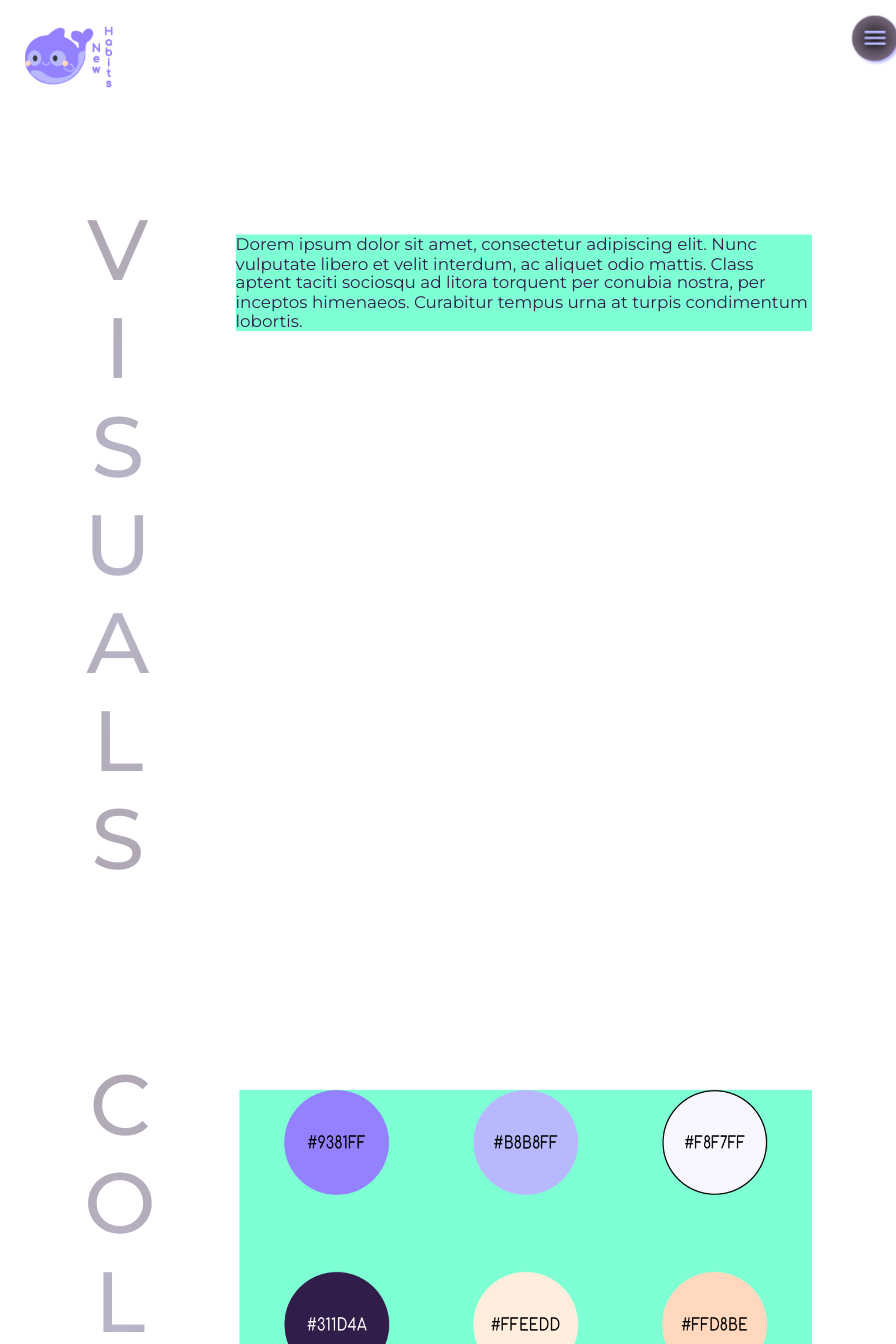
Repository: sierralaurent/Styleguide-Big_Project
Page: visuals.html
These files come from the project's save history. The page is drawn as it stood at one moment and after the next save; the edit follows.
The browser window is 1280 px wide. The pictures show the part of the page from y = 0 to 1920 px (the page is 3609 px tall before and 3697 px after), at 70% of full size.
Some web fonts or font styles are not loaded; a fallback is used.

Above is the page before, as saved 2023-03-11 11:50:20.

### visuals.html
<!DOCTYPE html>
<html lang="en">
  <head>
    <title>New Habits Web-App | Visuals </title>
    <meta property="og:title" content="Welcome to the New Habits Web-App Home Page" />
    <meta name="viewport" content="width=device-width, initial-scale=1.0" />
    <meta charset="utf-8" />
    <link rel="icon" type="image/x-icon" href="/assets/favicon.ico">

    <link
      rel="stylesheet"
      href="https://fonts.googleapis.com/css2?family=Montserrat:ital,wght@0,100;0,200;0,300;0,400;0,500;0,600;0,700;0,800;0,900;1,100;1,200;1,300;1,400;1,500;1,600;1,700;1,800;1,900&amp;display=swap"
      data-tag="font"
    />
    <link rel="stylesheet" href="./style.css" />
    <link href="./visuals.css" rel="stylesheet" />
    <link href="./navstyle.css" rel="stylesheet" />

  </head>
  <header>
    <div class="logo">
      <a href="index.html">
        <img src="assets/logo.png" alt="logo" />
      </a>
    </div>
    <div class="navigation">
      <button class="hamburger" onclick="show()">
        <img src="assets/burger.png" />
      </button>
      <nav>
        <h1 class="menutitle">Menu</h1>
        <ul>
          <li><a href="home.html">Home</a></li>
          <li><a>Logo</a></li>
          <li><a>Colours & Typo</a></li>
          <li><a href="visuals.html">Visuals</a></li>
        </ul>
      </nav>
    </div>
    <script src="nav.js"></script>
  </header>
  <body>
    <div>
      <div class="home-container">
        <div class="home-container3">
          <p class="home-text03 sidetitle">
            <span>V</span>
            <br />
            <span>I</span>
            <br />
            <span>S</span>
            <br />
            <span>U</span>
            <br />
            <span>A</span>
            <br />
            <span>L</span>
            <br />
            <span>S</span>
            <br />
          </p>
          <p class="home-text17 body">
            Dorem ipsum dolor sit amet, consectetur adipiscing elit. Nunc
            vulputate libero et velit interdum, ac aliquet odio mattis. Class
            aptent taciti sociosqu ad litora torquent per conubia nostra, per
            inceptos himenaeos. Curabitur tempus urna at turpis condimentum
            lobortis.
          </p>
          </div>
        <div class="home-container3">
          <p class="home-text03 sidetitle">
            <span>C</span>
            <br />
            <span>O</span>
            <br />
            <span>L</span>
            <br />
            <span>O</span>
            <br />
            <span>U</span>
            <br />
            <span>R</span>
            <br />
          </p>
          <div class="home-text17 body">
            <div>
              <img src="assets/colours/Main Purple.png" alt="mainpurple" width="150px" height="150px">
              <br />
                <br />
                <br />
                <br />
              <img src="assets/colours/Dark Purple.png" alt="darkpurple" width="150px" height="150px">
            </div>
            <div>
              <img src="assets/colours/Light Purple.png" alt="lightpurple" width="150px" height="150px">
              <br />
                <br />
                <br />
                <br />
              <img src="assets/colours/Light Peach.png" alt="lightpeach" width="150px" height="150px">
            </div>
            <div>
              <img src="assets/colours/Creme.png" alt="Creme" width="150px" height="150px">
              <br />
                <br />
                <br />
                <br />
              <img src="assets/colours/Peach.png" alt="peach" width="150px" height="150px">
            </div>
            </div>
          </div>
        </div>
        <div class="home-container3">
            <p class="home-text03 sidetitle">
              <span>I</span>
              <br />
              <span>C</span>
              <br />
              <span>O</span>
              <br />
              <span>N</span>
              <br />
              <span>S</span>
              <br />
            </p>
            <div class="home-text17 body">
              <div>
                <img src="assets/Icons/Happi.png" alt="happiwhale" width="250px" height="200px">
                <br />
                <br />
                <br />
                <br />
                <img src="assets/Icons/Flower.png" alt="flower" width="100px" height="150px">
                <br />
                <br />
                <br />
                <br />
                <img src="assets/Icons/Button.png" alt="button1" width="150px" height="50px">
              </div>
              <div>
                <img src="assets/Icons/sad.png" alt="sadwhale" width="250px" height="200px">
                <br />
                <br />
                <br />
                <br />
                <img src="assets/Icons/purple flower.png" alt="purpleflower" width="100px" height="150px">
                <br />
                <br />
                <br />
                <br />
                <img src="assets/Icons/Button (1).png" alt="button2" width="150px" height="50px">
              </div>
              <div>
                <img src="assets/Icons/Flower whale.png" alt="flowerwhale" width="250px" height="200px">
                <br />
                <br />
                <br />
                <br />
              </div>
            </div>
          </div>
        <footer class="home-footer">
          <p class="home-text24">
            © 2023 New Habits, All Rights Reserved.
          </p>
        </footer>
      </div>
    </div>
  </body>
</html>

### style.css
:root {
  --dl-black: #212121ff;
  --dl-creme: #f9f9ffff;
  --dl-white: #f8f9f9ff;
  --dark-purple: #311D4A;

}

.body {
  font-size: 24px;
  font-family: Montserrat;
  font-weight: 400;
  line-height: 1.15;
  text-transform: none;
  text-decoration: none;
}
.sidetitle {
  font-size: 122px;
  font-family: Montserrat;
  font-weight: 500;
  line-height: 1.15;
  text-transform: none;
  text-decoration: none;
}
.Title {
  font-size: 96px;
  font-family: Montserrat;
  font-weight: 500;
  line-height: 1.15;
  text-transform: none;
  text-decoration: none;
}

html {
  line-height: 1.15;
}
body {
  margin: 0;
}
* {
  box-sizing: border-box;
  border-width: 0;
  border-style: solid;
}
p,
li,
ul,
pre,
div,
h1,
h2,
figure,
blockquote,
figcaption {
  margin: 0;
  padding: 0;
}

a {
  color: inherit;
  text-decoration: inherit;
}
input {
  padding: 2px 4px;
}
img {
  display: block;
}
html {
  scroll-behavior: smooth;
}

### visuals.css
/* Define the scrollbar style */
::-webkit-scrollbar {
    width: 10px;
  }

  ::-webkit-scrollbar-thumb {
    background-image: linear-gradient(180deg, var(--light-purple) 0%, var(--main-purple) 99%);
    box-shadow: inset 2px 2px 5px 0 var(--creme);
    border-radius: 100px;
  }

  html {
    font-family: Montserrat;
    font-size: 24px;
    scroll-behavior: smooth;
  }

  body {
    font-weight: 400;
    font-style: normal;
    text-decoration: none;
    text-transform: none;
    letter-spacing: normal;
    line-height: 1.15;
    color: var(--black);
    background-color: var(--creme);
  }

  .home-container {
    width: 100%;
    display: flex;
    overflow: auto;
    min-height: 100vh;
    align-items: center;
    flex-direction: column;
  }
  .home-container1 {
    flex: 0 0 auto;
    width: auto;
    height: auto;
    display: flex;
    align-items: flex-start;
    justify-content: center;
  }
  .home-container2 {
    flex: 0 0 auto;
    width: auto;
    display: flex;
    align-self: center;
    margin-top: 5rem;
    align-items: center;
    margin-bottom: 15rem;
    flex-direction: column;
    justify-content: center;
  }
  .home-text {
    font-size: 36px;
    text-align: center;
    font-family: Montserrat;
    background: linear-gradient(0deg, rgba(0, 0, 0, 0.2), rgba(0, 0, 0, 0.2)),
      radial-gradient(
        50% 50% at 50% 50%,
        rgba(147, 129, 255, 0.2) 0%,
        rgba(79, 26, 98, 0.2) 94.12%
      );
    -webkit-background-clip: text;
    -webkit-text-fill-color: transparent;
    background-clip: text;
    text-fill-color: transparent;
  }
  .home-text01 {
    margin-top: 1rem;
    text-align: center;
    margin-bottom: 1rem;
    background: linear-gradient(0deg, rgba(0, 0, 0, 0.2), rgba(0, 0, 0, 0.2)),
      radial-gradient(
        50% 50% at 50% 50%,
        rgba(147, 129, 255, 0.2) 0%,
        rgba(79, 26, 98, 0.2) 94.12%
      );
    -webkit-background-clip: text;
    -webkit-text-fill-color: transparent;
    background-clip: text;
    text-fill-color: transparent;
  }
  .home-text02 {
    width: 31rem;
    text-align: center;
    color: var(--dark-purple);
  }
  .home-container3 {
    flex: 0 0 auto;
    width: 100%;
    height: auto;
    display: flex;
    align-items: flex-start;
    justify-content: center;
  }
  .home-text03 {
    width: 25rem;
    text-align: center;
    background: linear-gradient(0deg, rgba(0, 0, 0, 0.2), rgba(0, 0, 0, 0.2)),
      radial-gradient(
        50% 50% at 50% 50%,
        rgba(147, 129, 255, 0.2) 0%,
        rgba(79, 26, 98, 0.2) 94.12%
      );
    -webkit-background-clip: text;
    -webkit-text-fill-color: transparent;
    background-clip: text;
    text-fill-color: transparent;
  }
  .home-text17 {
    width: auto;
    margin-top: 5rem;
    text-align: left;

    display: flex;
    justify-content: center;
    flex-direction: row;
    gap: 5rem;
    row-gap: 5rem;
    color: var(--dark-purple);
    background-color: aquamarine;
  }
  .home-container4 {
    flex: 0 0 auto;
    width: auto;
    height: auto;
    display: flex;
    align-items: flex-start;
    justify-content: center;
  }

  .home-container5 {
    flex: 0 0 auto;
    display: flex;
    align-items: flex-start;
    flex-direction: column;
  }
  .home-text18 {
    width: auto;
    margin-top: 15rem;
    text-align: center;
    margin-bottom: 5rem;
    background: linear-gradient(0deg, rgba(0, 0, 0, 0.2), rgba(0, 0, 0, 0.2)),
      radial-gradient(
        50% 50% at 50% 50%,
        rgba(147, 129, 255, 0.2) 0%,
        rgba(79, 26, 98, 0.2) 94.12%
      );
    -webkit-background-clip: text;
    -webkit-text-fill-color: transparent;
    background-clip: text;
    text-fill-color: transparent;
  }
  .home-container6 {
    flex: 0 0 auto;
    width: auto;
    height: auto;
    display: flex;
    align-items: flex-start;
    margin-bottom: 15rem;
    justify-content: center;
  }
  .home-text19 {
    width: 15rem;
    align-self: center;
    text-align: center;
    color: var(--dark-purple);
  }
  .home-text20 {
    width: 15rem;
    align-self: center;
    text-align: center;
    color: var(--dark-purple);
  }
  .home-text21 {
    width: 15rem;
    align-self: center;
    text-align: center;
    color: var(--dark-purple);
  }
  .home-text23 {
    width: 15rem;
    align-self: center;
    text-align: center;
  }
  .home-footer {
    width: 100%;
    height: 197px;
    display: flex;
    max-width: auto;
    align-self: center;
    align-items: center;
    padding-top: 32px;
    padding-left: 48px;
    padding-right: 48px;
    padding-bottom: 32px;
    justify-content: center;
  }
  .home-text24 {
    text-align: center;
    color: var(--dark-purple);

  }
  @media (max-width: 1600px) {
    .home-container1 {
      width: 100%;
    }
    .home-container2 {
      align-items: center;
      justify-content: center;
    }
    .home-text01 {
      margin-top: 1rem;
      margin-bottom: 1rem;
    }
    .home-container3 {
      width: 100%;
    }
    .home-text03 {
      width: auto;
      margin: 3rem;
      padding: 2rem;
    }
    .home-text17 {
      width: 40rem;
      margin-top: 7rem;
      text-align: left;
      margin-right: 5rem;
    }
    .home-container4 {
      width: auto;
      justify-content: center;
    }
    .home-container5 {
      width: auto;
      height: auto;
      align-items: center;
      justify-content: center;
    }
    .home-text18 {
      width: auto;
      height: auto;
      margin-top: 5rem;
      text-align: center;
      margin-bottom: 5rem;
    }
    .home-container6 {
      width: 100%;
      margin-bottom: 15rem;
    }
    .home-olivia {
      width: 20rem;
      height: auto;
      align-items: center;
      justify-content: center;
    }
    .home-olivia-text {
      width: auto;
      font-size: 46px;
      font-family: Montserrat;
      font-weight: 500;
      line-height: 1.15;
      margin-bottom: 2rem;
      text-transform: none;
      text-decoration: none;
    }
    .home-text19 {
      width: 15rem;
      text-transform: none;
    }
    .home-elijah {
      width: 20rem;
      height: auto;
      align-items: center;
      justify-content: center;
    }
    .home-elijah-text {
      width: auto;
      font-size: 46px;
      font-family: Montserrat;
      font-weight: 500;
      line-height: 1.15;
      margin-bottom: 2rem;
      text-transform: none;
      text-decoration: none;
    }
    .home-text20 {
      width: 15rem;
      text-transform: none;
    }
    .home-sierra {
      width: 20rem;
      height: auto;
      align-items: center;
      justify-content: center;
    }
    .home-sierra-text {
      width: auto;
      font-size: 46px;
      font-family: Montserrat;
      font-weight: 500;
      line-height: 1.15;
      margin-bottom: 2rem;
      text-transform: none;
      text-decoration: none;
    }
    .home-text21 {
      margin-bottom: 2rem;
    }
    .home-text23 {
      width: 15rem;
      text-transform: none;
      color: var(--dark-purple);
    }
  }
  @media (max-width: 1200px) {
    .home-text01 {
      margin-top: 1rem;
      margin-bottom: 1rem;
    }
    .home-container6 {
      align-items: center;
    }
    .home-olivia {
      width: 15rem;
      margin-left: 1rem;
      margin-right: 1rem;
    }
    .home-olivia-text {
      width: auto;
    }
    .home-text19 {
      width: 12rem;
    }
    .home-elijah {
      width: 15rem;
      margin-left: 1rem;
      margin-right: 1rem;
    }
    .home-elijah-text {
      width: auto;
    }
    .home-text20 {
      width: 12rem;
    }
    .home-sierra {
      width: 15rem;
      margin-left: 1rem;
    }
    .home-sierra-text {
      width: auto;
    }
    .home-text23 {
      width: 12rem;
    }
  }
  @media (max-width: 991px) {
    .home-container2 {
      width: 100%;
      height: 307px;
    }
    .home-text01 {
      margin-top: 1rem;
      margin-bottom: 1rem;
    }
    .home-container6 {
      align-items: center;
      flex-direction: column;
    }
    .home-olivia {
      width: 20rem;
      margin-bottom: 3rem;
    }
    .home-olivia-text {
      width: auto;
    }
    .home-text19 {
      width: auto;
    }
    .home-elijah {
      width: 20rem;
      margin-bottom: 3rem;
    }
    .home-elijah-text {
      width: auto;
    }
    .home-text20 {
      width: auto;
    }
    .home-sierra {
      width: 20rem;
    }
    .home-sierra-text {
      width: auto;
    }
    .home-text23 {
      width: 100%;
    }
  }
  @media (max-width: 767px) {
    .home-text01 {
      margin-top: 1rem;
      margin-bottom: 1rem;
    }
    .home-footer {
      padding-left: 32px;
      padding-right: 32px;
    }
    .home-text24 {
      text-align: center;
      margin-left: 16px;
      margin-right: 16px;
    }
  }
  @media (max-width: 479px) {
    .home-text01 {
      margin-top: 1rem;
      margin-bottom: 1rem;
    }
    .home-text02 {
      width: 479px;
    }
    .home-text03 {
      margin-top: 0rem;
      margin-left: 3rem;
      margin-right: 0rem;
      margin-bottom: 0rem;
    }
    .home-footer {
      padding: 16px;
      flex-direction: column;
    }
    .home-text24 {
      margin-left: 0px;
      margin-right: 0px;
      margin-bottom: 16px;
    }
  }

### navstyle.css
@import url("https://fonts.cdnfonts.com/css/montserrat");

* {
  margin: 0;
  padding: 0;
  font-family: "Montserrat", sans-serif;
}

a,
button {
  cursor: pointer;
}

nav {
  position: absolute;
  top: 30px;
  right: 30px;
  width: 250px;
}

.navigation {
  position: fixed;
  top: 0;
  right: -500px;
  width: 312px;
  height: 100%;
  background-image: url("assets/background.png");
  background-size: cover;
  transition: 0.5s;
  border-radius: 27px 0 0 27px;
}

.logo {
    margin: 1.5rem;
}

.menutitle {
  font-family: "Montserrat", sans-serif;
  font-style: normal;
  font-weight: 400;
  font-size: 24px;
  display: flex;
  align-items: left;
  color: rgba(255, 255, 255, 0.32);
  margin: 1rem;
}

.navigation ul li {
  display: flex;
  color: rgba(255, 255, 255, 0.5);
  line-height: 20px;
  text-align: left;
  font-weight: 500;
  list-style-type: none;
  font-size: 14px;
  padding: 20px 30px;
  border-bottom: 0px 64px 64px -32px rgba(41, 15, 0, 0.56);
  transition: all 0.3s ease;
}

.navigation ul li:hover {
  padding: 16px 20px;
  background-image: url("assets/hover.png");
  background-size: cover;
  border-radius: 12px;
}

.hamburger,
.bar {
  position: fixed;
}

.hamburger {
  display: block;
  top: 5%;
  left: 95%;
  width: 30px;
  height: 30px;
  transform: translateY(-50%);
  border: 0;
  background: 0 0;
}

.hamburger.hidden {
  display: none; /* Hide the menu button */
}

.navigation.active {
  right: 0;
  z-index: 1;
}

### nav.js
const hamburger = document.querySelector('.hamburger');
const navigation = document.querySelector('.navigation');

document.addEventListener('click', function(event) {
  const isClickInside = navigation.contains(event.target) || hamburger.contains(event.target);
  if (!isClickInside) {
    navigation.classList.remove('active');
    hamburger.classList.remove('hidden');
  }
});

hamburger.addEventListener('click', function() {
  navigation.classList.add('active');
  hamburger.classList.add('hidden');
});

After the next save:
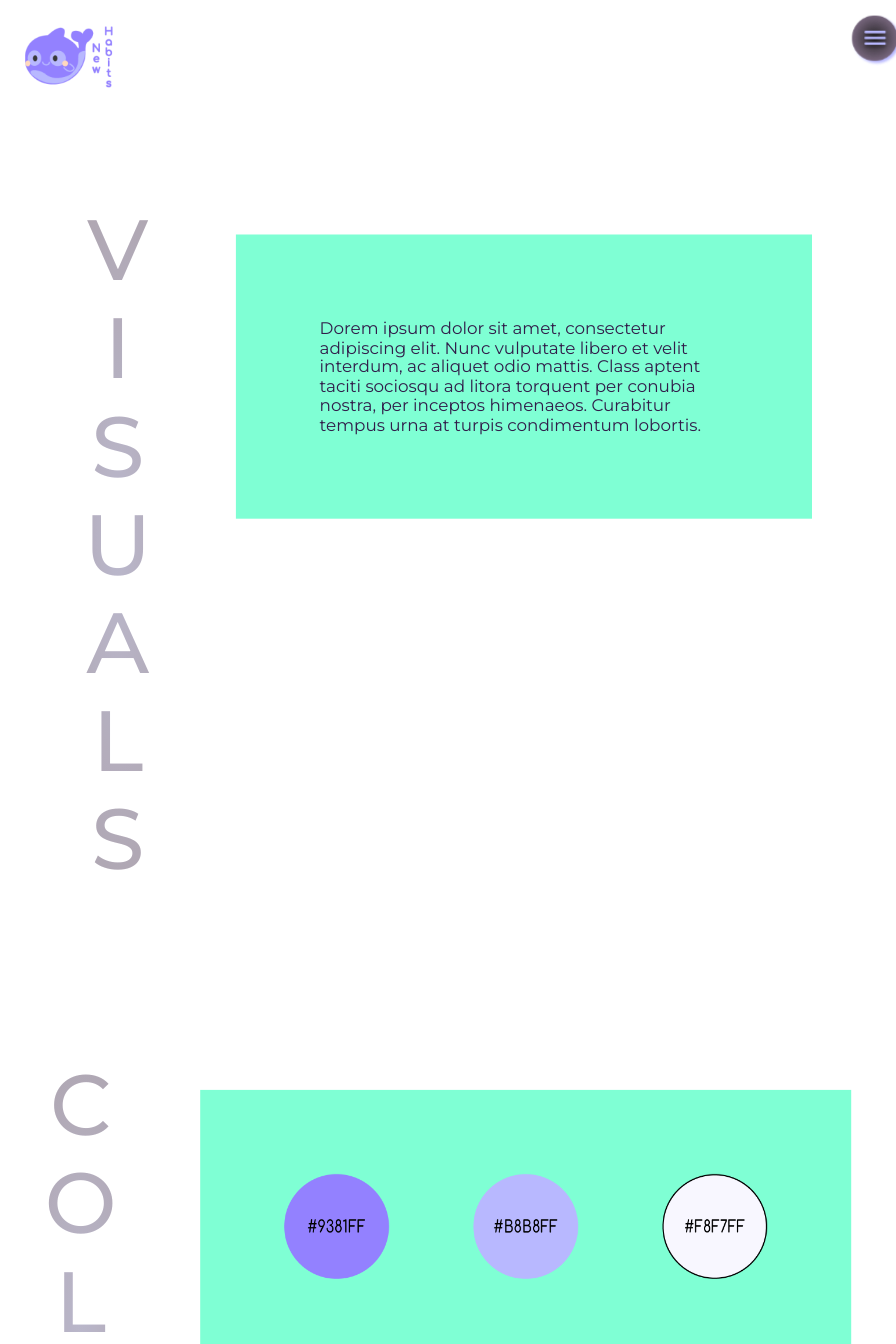
Saved 57 s later.
--- a/visuals.css
+++ b/visuals.css
@@ -114,7 +114,7 @@
     width: auto;
     margin-top: 5rem;
     text-align: left;
-
+    padding: 5rem;
     display: flex;
     justify-content: center;
     flex-direction: row;
